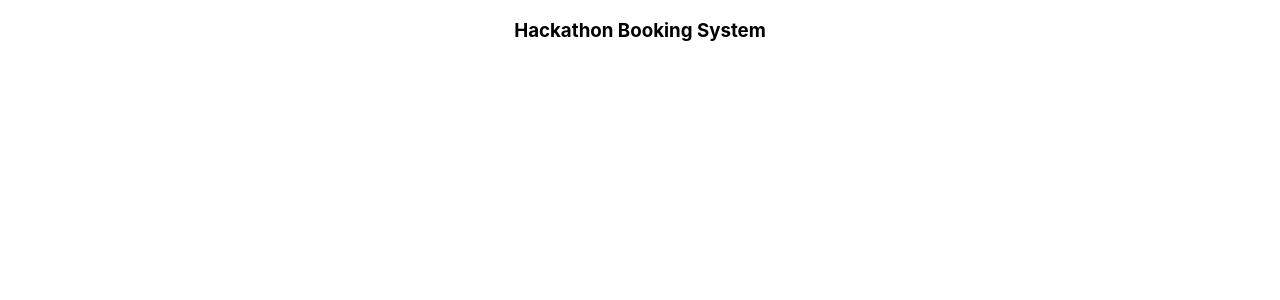
Repository: marlonguerios/onerecord_hackathon_2022
Page: /
These files come from the project's save history. The page is drawn as it stood at one moment and after the next save; the edit follows.
The browser window is 1280 px wide. The pictures show the whole page.
The project was rebuilt for these pictures with package versions that can differ from the ones it lists, and the page was loaded fresh each time.

Above is the page before, as saved 2022-10-22 16:12:51.

After the next save:
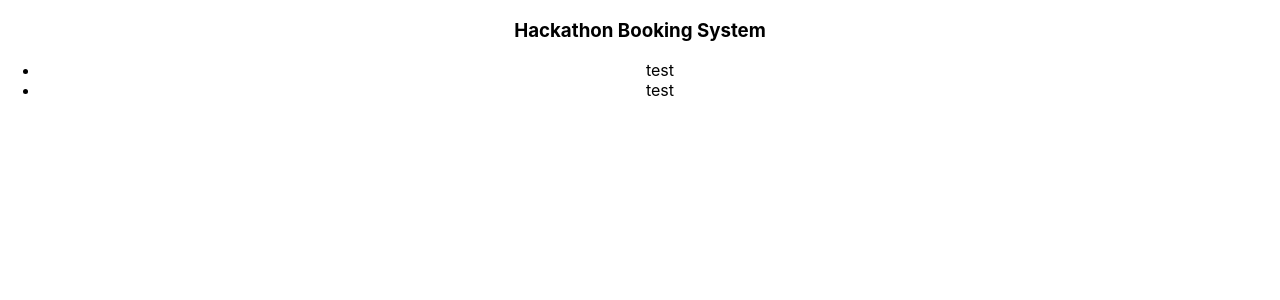
Saved 37 s later.
--- a/src/Fetch.js
+++ b/src/Fetch.js
@@ -165,7 +165,7 @@ class Fetch extends Component {
         }
         let bookings = JSON.parse(datalist);
         console.log(bookings);
-        // this.setState({ loading: false, data: bookings })
+        this.setState({ loading: false, data: bookings })
     }
 
     render() {
